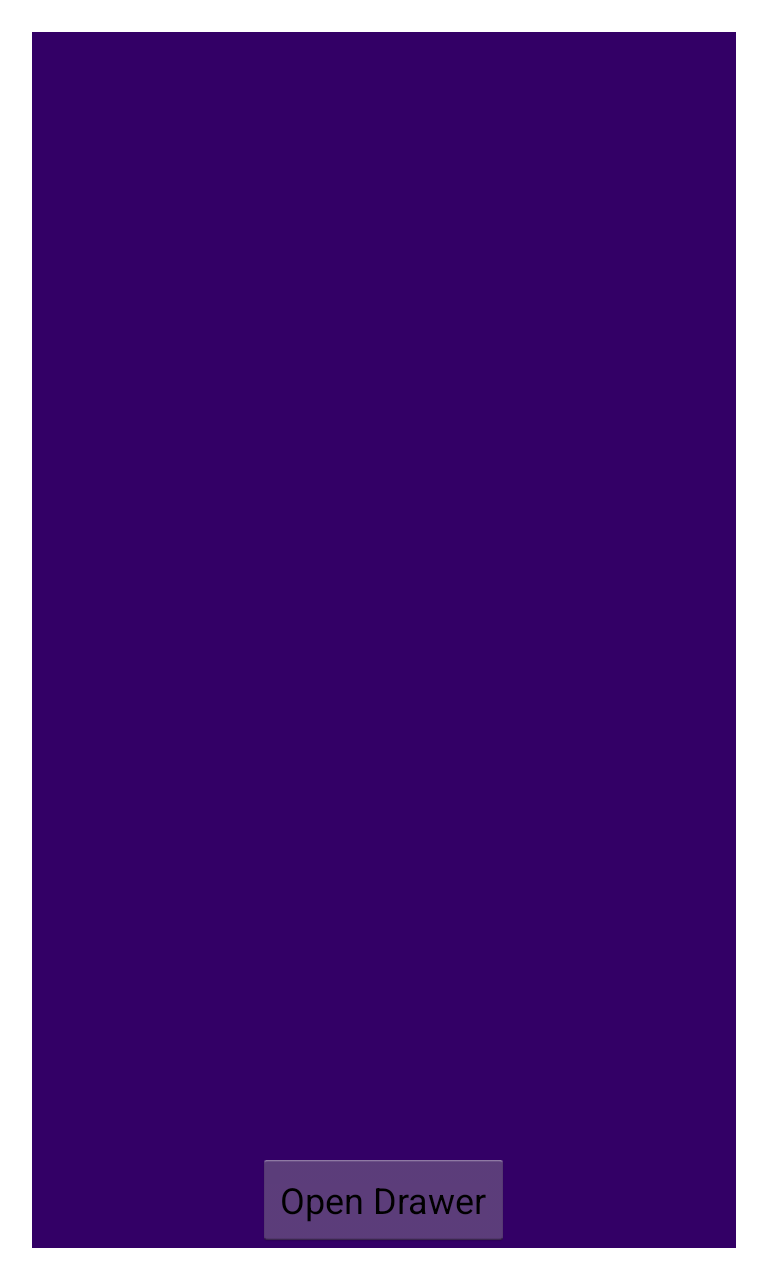
Repository: jam1987/moviles
Layout: proy3/AppFirst/res/layout/activity_main.xml
The author's editor kept a copy of each file at every save. The layout is drawn from the files as they stood at one save, then again after the next save.
It is drawn on a 768 x 1280 px phone screen (xhdpi) without system bars, with theme AppTheme; the app's code is not run.

Above is the layout before, as saved 2014-01-23 01:36:28.

### proy3/AppFirst/res/layout/activity_main.xml
<RelativeLayout xmlns:android="http://schemas.android.com/apk/res/android"
    xmlns:tools="http://schemas.android.com/tools"
    android:layout_width="match_parent"
    android:layout_height="match_parent"
    android:background="@+color/background"
    android:paddingBottom="@dimen/activity_vertical_margin"
    android:paddingLeft="@dimen/activity_horizontal_margin"
    android:paddingRight="@dimen/activity_horizontal_margin"
    android:paddingTop="@dimen/activity_vertical_margin"
    tools:context=".MainActivity" >

    <TextView
        android:layout_width="wrap_content"
        android:layout_height="wrap_content"
        android:text="@string/hello_world" />

    <SlidingDrawer
        android:id="@+id/slidingDrawer1"
        android:layout_width="match_parent"
        android:layout_height="match_parent"
        android:layout_alignParentLeft="true"
        android:layout_alignTop="@+id/textView1"
        android:background="@+color/background2"
        android:content="@+id/content"
        android:handle="@+id/handle" >

        <Button
            android:id="@+id/handle"
            android:layout_width="wrap_content"
            android:layout_height="wrap_content"
            android:text="Open Drawer" />

        <LinearLayout
            android:id="@+id/content"
            android:layout_width="match_parent"
            android:layout_height="match_parent"
            android:orientation="vertical" >

            <AnalogClock
                android:id="@+id/analogClock2"
                android:layout_width="wrap_content"
                android:layout_height="wrap_content" />
        </LinearLayout>
    </SlidingDrawer>

</RelativeLayout>

### proy3/AppFirst/res/values/strings.xml
<?xml version="1.0" encoding="utf-8"?>
<resources>

    <string name="app_name">AppFirst</string>
    <string name="action_settings">Configuracion</string>
    <string name="hello_world">Lo Nano te brinda una mano!</string>
    <string name="textareaone">Text Area 1</string>
    <string name="textareatwo">Text Area 2</string>
    <string name="showimage1">Foo</string>
    <string name="showimage2">Bar</string>
    <string name="showwhite">White</string>
    <string name="showblack">Black</string>
    <string name="showalert">Alert</string>
    <color name="background2">#330066</color>
    <color name="background">#FFFFFF</color>

</resources>

Loaded but not shown: proy3/AppFirst/res/values/styles.xml (common file); proy3/AppFirst/res/values-v11/styles.xml (common file); proy3/AppFirst/res/values-v14/styles.xml (common file); proy3/AppFirst/res/values/dimens.xml (common file)

After the next save:
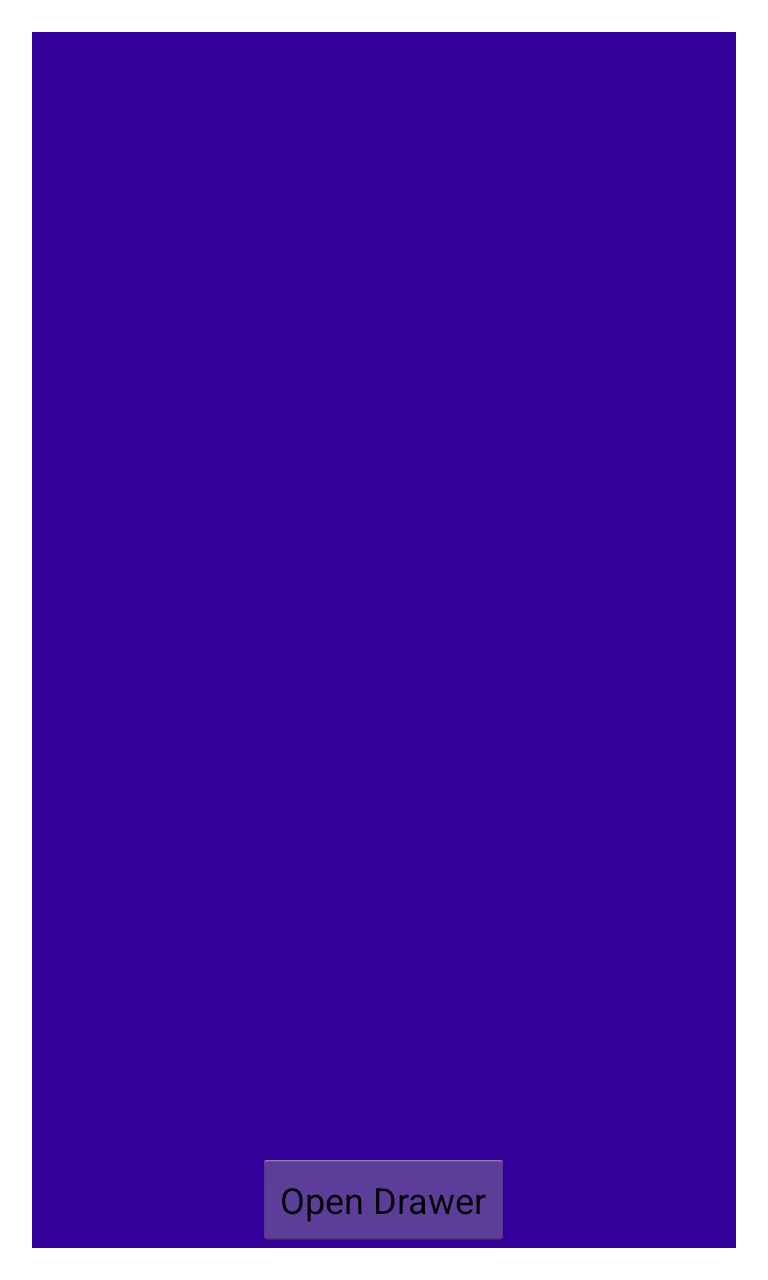
Saved 28 s later.
--- a/proy3/AppFirst/res/values/strings.xml
+++ b/proy3/AppFirst/res/values/strings.xml
@@ -11,7 +11,7 @@
     <string name="showwhite">White</string>
     <string name="showblack">Black</string>
     <string name="showalert">Alert</string>
-    <color name="background2">#330066</color>
+    <color name="background2">#330099</color>
     <color name="background">#FFFFFF</color>
 
 </resources>
